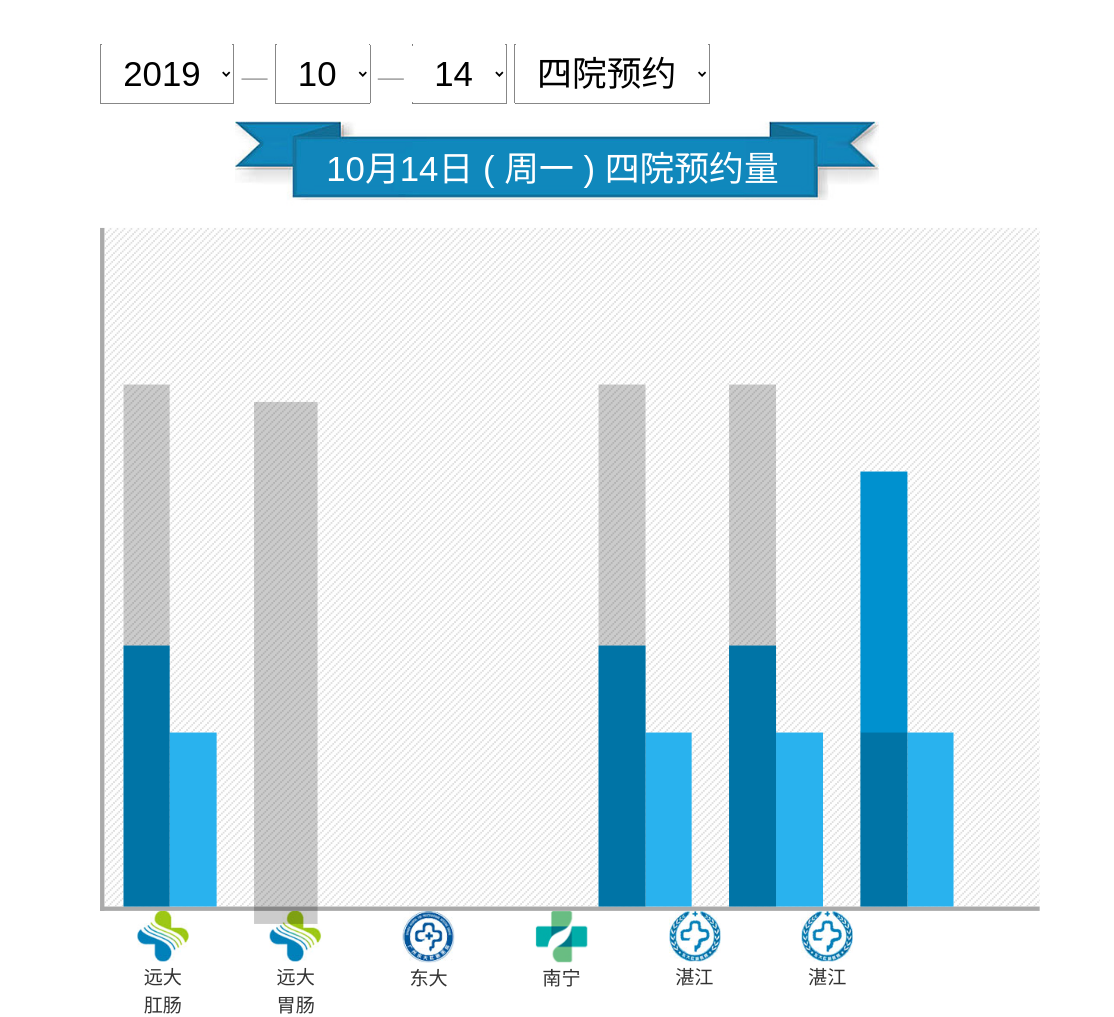
Repository: jerryyan/project
Page: http://localhost/m/index.php
These files come from the project's save history. The page is drawn as it stood at one moment and after a run of saves; the edit follows.
The browser window is 1280 px wide. The pictures show the whole page, at 87% of full size.
The page is run by PHP 8.4 with error messages shown; the project is at /var/www/html/. The session is filled in as if someone had signed in: {"name": "admin"}.

Above is the page before, as saved 2019-10-14 15:53:39.

After the next 4 saves:
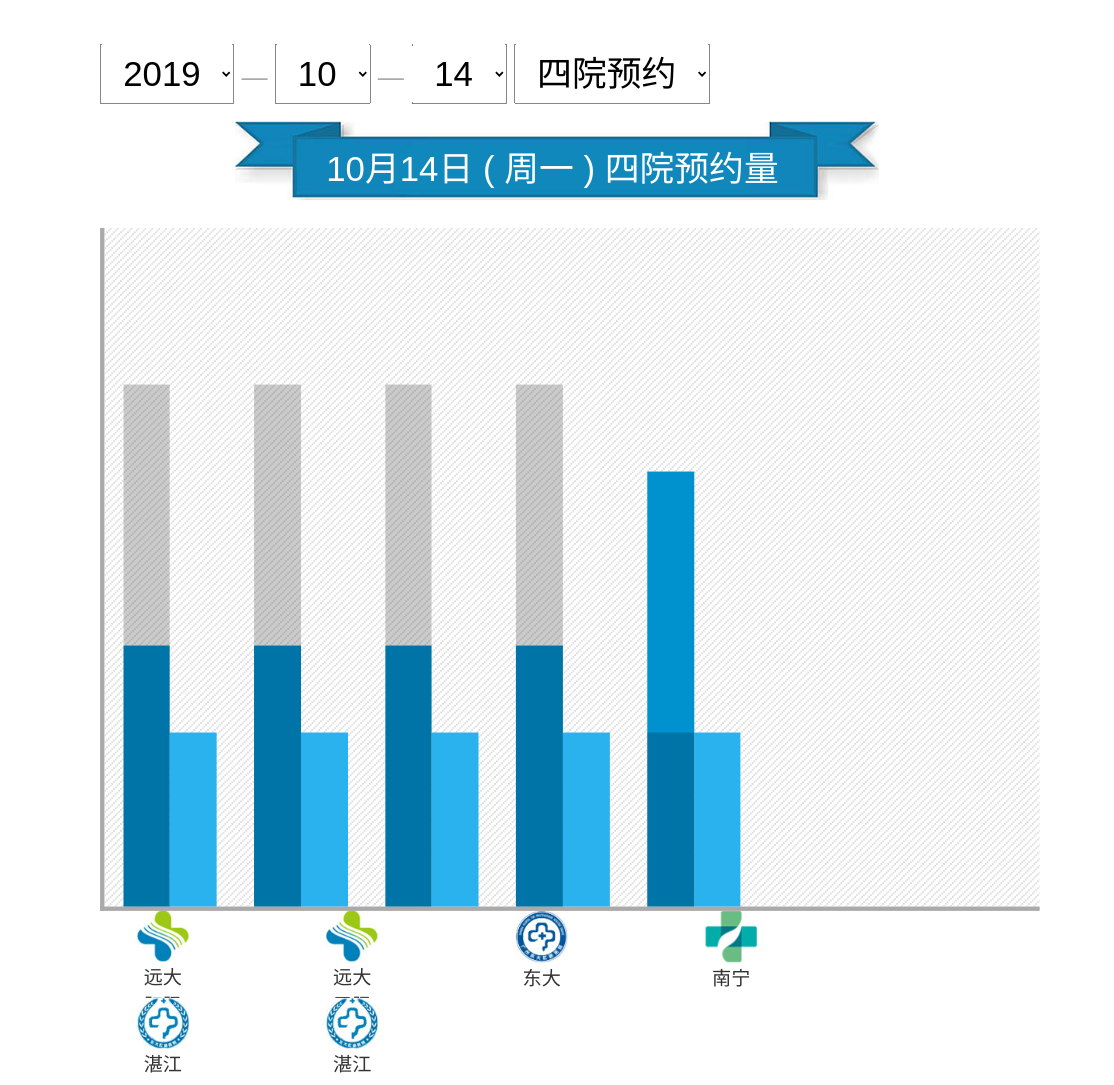
The 4 saves are shown as one change because they came seconds apart.
The last was saved 11 s later.
--- a/m/css/m.css
+++ b/m/css/m.css
@@ -125,7 +125,7 @@ ul {
 
 .logo li {
     float: left;
-    margin-right: 6.5%;
+    margin-right: 13.1%;
     padding-left: 3%;
     width: 6%;
     height: 100px;
@@ -167,8 +167,7 @@ ul {
 .dd div,
 .ma div,
 .zj div,
-.yc div
-.ty div{
+.yc div {
     position: absolute;
     float: left;
     width: 5%;
@@ -180,7 +179,6 @@ ul {
 .dd_1,
 .ma_1,
 .zj_1,
-.ty_1,
 .yc_1 {
     background: #0091cf;
     z-index: 1;
@@ -190,7 +188,6 @@ ul {
 .yd_2,
 .dd_2,
 .ma_2,
-._2,
 .zj_2,
 .yc_2 {
     background: #29b2ee;
